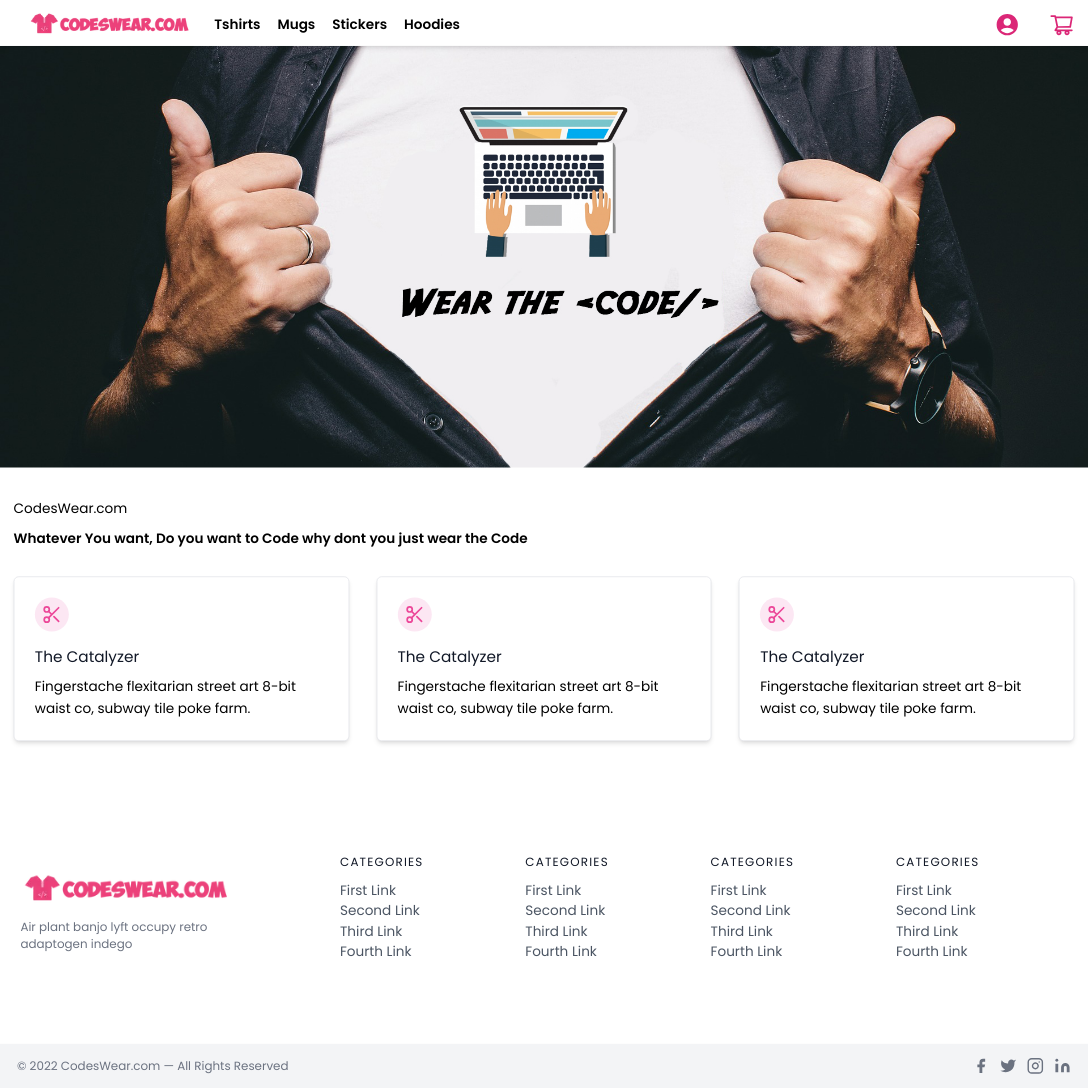
Repository: rehanheeeeeeeee/codeswear.com
Page: /
The author's editor kept a copy of each file at every save. The page is drawn from the files as they stood at one save, then again after the next save.
The browser window is 1280 px wide. The pictures show the whole page, at 85% of full size.
The project was rebuilt for these pictures with package versions that can differ from the ones it lists, and the page was loaded fresh each time. The framework's server and built-in components were replaced by stand-ins that run in the browser. Also part of the build but not shown: next.config.js, components/CartProduct.js.

Above is the page before, as saved 2022-11-21 17:58:44.

### pages/index.js
import Head from "next/head";
import Image from "next/image";
import Card from "../components/Card";

const styles = {
  container: "",
};

export default function Home() {
  console.log(process.env.MONGO_URI);
  return (
    <div className={styles.container}>
      <Head>
        <title>Create Next App</title>
        <meta name="description" content="Generated by create next app" />
        <link rel="icon" href="/favicon.ico" />
      </Head>
      <Image
        width={1920}
        height={1080}
        src={"/assets/home.jpg"}
        className={styles.homeImage}
        alt=""
      />
      <div className="my-5">
        <div className="p-4 w-full text-start space-y-3">
          <p className={styles.header}>CodesWear.com</p>
          <p className="font-semibold">
            Whatever You want, Do you want to Code why dont you just wear the
            Code
          </p>
        </div>
        <div className="flex flex-wrap justify-center">
          <Card />
          <Card />
          <Card />
        </div>
      </div>
    </div>
  );
}

### styles/globals.css
@import url("https://fonts.googleapis.com/css2?family=Inter:wght@200;300;400;700;800;900&family=Poppins:ital,wght@0,100;0,200;0,400;0,600;0,700;0,800;0,900;1,400;1,600&family=Ubuntu:wght@300;400;500;700&display=swap");
@tailwind base;
@tailwind components;
@tailwind utilities;

html,
body {
  padding: 0;
  margin: 0;
  overflow-x: hidden;
  font-family: Poppins;
}

### redux/store.js
import { configureStore } from "@reduxjs/toolkit";
import cartReducer from "./cart";
import sidebarReducer from "./sidebar";

export const store = configureStore({
  reducer: {
    cart: cartReducer,
    sidebar: sidebarReducer,
  },
});

### Layout.js
import React, { useCallback, useEffect } from "react";
import { useDispatch } from "react-redux";
import Footer from "./components/Footer";
import Navbar from "./components/Navbar";
import { setCart } from "./redux/cart";

export default function Layout({ children }) {
  const dispatch = useDispatch();
  useEffect(() => {
    try {
      dispatch(setCart(JSON.parse(localStorage.getItem("cart"))));
    } catch (error) {
      localStorage.clear();
    }
  }, [dispatch]);
  return (
    <div className="relative">
      <Navbar />
      {children}
      <Footer />
    </div>
  );
}

### components/Card.js
import React from "react";

export default function Card() {
  return (
    <div className="xl:w-1/3 md:w-1/2 p-4">
      <div className="border border-gray-200 p-6 rounded-md hover:shadow-lg transition ease-in duration-100 bg-white shadow-md">
        <div className="w-10 h-10 inline-flex items-center justify-center rounded-full bg-pink-100 text-pink-500 mb-4">
          <svg
            fill="none"
            stroke="currentColor"
            strokeLinecap="round"
            strokeLinejoin="round"
            strokeWidth="2"
            className="w-6 h-6"
            viewBox="0 0 24 24"
          >
            <circle cx="6" cy="6" r="3"></circle>
            <circle cx="6" cy="18" r="3"></circle>
            <path d="M20 4L8.12 15.88M14.47 14.48L20 20M8.12 8.12L12 12"></path>
          </svg>
        </div>
        <h2 className="text-lg text-gray-900 font-medium title-font mb-2">
          The Catalyzer
        </h2>
        <p className="leading-relaxed text-base">
          Fingerstache flexitarian street art 8-bit waist co, subway tile poke
          farm.
        </p>
      </div>
    </div>
  );
}

### redux/cart.js
import { createSlice } from "@reduxjs/toolkit";

const initialState = {
  basket: [],
};

export const cartSlice = createSlice({
  name: "cart",
  initialState,
  reducers: {
    setCart: (state, action) => {
      state.basket = action.payload || [];
    },
    addToCart: (state, action) => {
      let basket = state.basket;
      let filtered = basket.filter(
        (item) =>
          item.title === action.payload.title &&
          item.color === action.payload.color &&
          item.size === action.payload.size
      );

      if (basket.length && filtered.length) {
        console.log("found it");
        basket = state.basket.map((item) =>
          item.title === action.payload.title &&
          item.color === action.payload.color &&
          item.size === action.payload.size
            ? { ...item, quantity: item.quantity + 1 }
            : item
        );
      } else {
        console.log("not found");
        basket = [{ ...action.payload, quantity: 1 }, ...basket];
      }
      state.basket = basket;
      saveCart(state);
    },
    clearCart: (state) => {
      state.basket = [];
      localStorage.setItem("cart", []);
    },
    RemoveFromCart: (state, action) => {
      const deletedItemIndex = state.basket.findIndex(
        (item) =>
          item.title === action.payload.title &&
          item.color === action.payload.color &&
          item.size === action.payload.size
      );
      if (state.basket[deletedItemIndex].quantity > 1) {
        state.basket = state.basket.map((item) =>
          item.title === action.payload.title &&
          item.color === action.payload.color &&
          item.size === action.payload.size
            ? { ...item, quantity: item.quantity - 1 }
            : item
        );
      } else {
        state.basket.splice(deletedItemIndex, 1);
      }
      saveCart(state);
    },
  },
});
const saveCart = (state) => {
  localStorage.setItem("cart", JSON.stringify(state.basket));
};

export const { addToCart, setCart, clearCart, RemoveFromCart } =
  cartSlice.actions;

export const selectBasket = (state) => {
  return state.cart.basket;
};

export const selectBasketTotal = (state) => {
  return state.cart.basket.reduce(
    (prev, item) => item.price * item.quantity + prev,
    0
  );
};

export default cartSlice.reducer;

### redux/sidebar.js
import { createSlice } from "@reduxjs/toolkit";

const initialState = {
  openSideCart: false,
};

const sidebar = createSlice({
  name: "sidebar",
  initialState,
  reducers: {
    setOpenSideCart: (state) => {
      state.openSideCart = !state.openSideCart;
    },
  },
});

export const { setOpenSideCart } = sidebar.actions;

export const selectOpenSideCart = (state) => {
  return state.sidebar.openSideCart;
};

export default sidebar.reducer;

### components/Footer.js
import Image from "next/image";
import Link from "next/link";
import React from "react";

export default function Footer() {
  return (
    <footer className="text-gray-600 body-font ">
      <div className="container px-6 py-24 mx-auto flex md:items-center lg:items-center gap-6 md:flex-row md:flex-nowrap flex-wrap flex-col">
        <div className="w-64 flex-shrink-0 md:mx-0 mx-auto text-center md:text-left">
          <Link
            href="/"
            className="flex title-font font-medium items-center md:justify-start  justify-center text-gray-900"
          >
            <Image
              src={"/assets/logo.webp"}
              width={1920}
              height={1080}
              className="h-14 object-contain"
              alt=""
            />
          </Link>
          <p className="mt-2 text-sm text-gray-500">
            Air plant banjo lyft occupy retro adaptogen indego
          </p>
        </div>
        <div className="flex-grow flex flex-wrap md:pl-20 -mb-10 md:mt-0 mt-10 md:text-left text-center">
          <div className="lg:w-1/4 md:w-1/2 w-full px-4">
            <h2 className="title-font font-medium text-gray-900 tracking-widest text-sm mb-3">
              CATEGORIES
            </h2>
            <nav className="list-none mb-10">
              <li>
                <a className="text-gray-600 hover:text-gray-800">First Link</a>
              </li>
              <li>
                <a className="text-gray-600 hover:text-gray-800">Second Link</a>
              </li>
              <li>
                <a className="text-gray-600 hover:text-gray-800">Third Link</a>
              </li>
              <li>
                <a className="text-gray-600 hover:text-gray-800">Fourth Link</a>
              </li>
            </nav>
          </div>
          <div className="lg:w-1/4 md:w-1/2 w-full px-4">
            <h2 className="title-font font-medium text-gray-900 tracking-widest text-sm mb-3">
              CATEGORIES
            </h2>
            <nav className="list-none mb-10">
              <li>
                <a className="text-gray-600 hover:text-gray-800">First Link</a>
              </li>
              <li>
                <a className="text-gray-600 hover:text-gray-800">Second Link</a>
              </li>
              <li>
                <a className="text-gray-600 hover:text-gray-800">Third Link</a>
              </li>
              <li>
                <a className="text-gray-600 hover:text-gray-800">Fourth Link</a>
              </li>
            </nav>
          </div>
          <div className="lg:w-1/4 md:w-1/2 w-full px-4">
            <h2 className="title-font font-medium text-gray-900 tracking-widest text-sm mb-3">
              CATEGORIES
            </h2>
            <nav className="list-none mb-10">
              <li>
                <a className="text-gray-600 hover:text-gray-800">First Link</a>
              </li>
              <li>
                <a className="text-gray-600 hover:text-gray-800">Second Link</a>
              </li>
              <li>
                <a className="text-gray-600 hover:text-gray-800">Third Link</a>
              </li>
              <li>
                <a className="text-gray-600 hover:text-gray-800">Fourth Link</a>
              </li>
            </nav>
          </div>
          <div className="lg:w-1/4 md:w-1/2 w-full px-4">
            <h2 className="title-font font-medium text-gray-900 tracking-widest text-sm mb-3">
              CATEGORIES
            </h2>
            <nav className="list-none mb-10">
              <li>
                <a className="text-gray-600 hover:text-gray-800">First Link</a>
              </li>
              <li>
                <a className="text-gray-600 hover:text-gray-800">Second Link</a>
              </li>
              <li>
                <a className="text-gray-600 hover:text-gray-800">Third Link</a>
              </li>
              <li>
                <a className="text-gray-600 hover:text-gray-800">Fourth Link</a>
              </li>
            </nav>
          </div>
        </div>
      </div>
      <div className="bg-gray-100">
        <div className="container mx-auto py-4 px-5 flex flex-wrap flex-col sm:flex-row">
          <p className="text-gray-500 text-sm text-center sm:text-left">
            © 2022 CodesWear.com — All Rights Reserved
          </p>
          <span className="inline-flex sm:ml-auto sm:mt-0 mt-2 justify-center sm:justify-start">
            <a className="text-gray-500">
              <svg
                fill="currentColor"
                strokeLinecap="round"
                strokeLinejoin="round"
                strokeWidth="2"
                className="w-5 h-5"
                viewBox="0 0 24 24"
              >
                <path d="M18 2h-3a5 5 0 00-5 5v3H7v4h3v8h4v-8h3l1-4h-4V7a1 1 0 011-1h3z"></path>
              </svg>
            </a>
            <a className="ml-3 text-gray-500">
              <svg
                fill="currentColor"
                strokeLinecap="round"
                strokeLinejoin="round"
                strokeWidth="2"
                className="w-5 h-5"
                viewBox="0 0 24 24"
              >
                <path d="M23 3a10.9 10.9 0 01-3.14 1.53 4.48 4.48 0 00-7.86 3v1A10.66 10.66 0 013 4s-4 9 5 13a11.64 11.64 0 01-7 2c9 5 20 0 20-11.5a4.5 4.5 0 00-.08-.83A7.72 7.72 0 0023 3z"></path>
              </svg>
            </a>
            <a className="ml-3 text-gray-500">
              <svg
                fill="none"
                stroke="currentColor"
                strokeLinecap="round"
                strokeLinejoin="round"
                strokeWidth="2"
                className="w-5 h-5"
                viewBox="0 0 24 24"
              >
                <rect width="20" height="20" x="2" y="2" rx="5" ry="5"></rect>
                <path d="M16 11.37A4 4 0 1112.63 8 4 4 0 0116 11.37zm1.5-4.87h.01"></path>
              </svg>
            </a>
            <a className="ml-3 text-gray-500">
              <svg
                fill="currentColor"
                stroke="currentColor"
                strokeLinecap="round"
                strokeLinejoin="round"
                strokeWidth="0"
                className="w-5 h-5"
                viewBox="0 0 24 24"
              >
                <path
                  stroke="none"
                  d="M16 8a6 6 0 016 6v7h-4v-7a2 2 0 00-2-2 2 2 0 00-2 2v7h-4v-7a6 6 0 016-6zM2 9h4v12H2z"
                ></path>
                <circle cx="4" cy="4" r="2" stroke="none"></circle>
              </svg>
            </a>
          </span>
        </div>
      </div>
    </footer>
  );
}

### components/Navbar.js
import Image from "next/image";
import Link from "next/link";
import React, { useState } from "react";
import { AiOutlineShoppingCart } from "react-icons/ai";
import { MdAccountCircle } from "react-icons/md";
import Sidebar from "./Sidebar";
import { useRouter } from "next/router";
import { useDispatch, useSelector } from "react-redux";
import { selectOpenSideCart, setOpenSideCart } from "../redux/sidebar";
const styles = {
  container:
    "sticky top-0 z-10 bg-white w-full flex items-center md:space-x-5 flex-col md:px-8 pb-3 pt-1 md:justify-start shadow-md md:flex-row  space-y-3 justify-between",
  options: "flex items-center justify-center gap-5 font-semibold",
  hyperLink: "transition duration-100 ease-in hover:text-gray-600 capitalize",
  icon: "text-2xl md:text-3xl font-extrabold text-pink-600 hover:text-pink-800 transition ease-in duration-100",
  header: "font-semibold text-lg w-full text-center",
  close:
    "absolute top-4 right-2 text-2xl hover:text-pink-700 cursor-pointer text-pink-600",
  button:
    "flex items-center space-x-2 mt-5 text-white bg-pink-500 border-0 py-2 px-4 focus:outline-none hover:bg-pink-600 transition ease-in duration-100 rounded-3xl text-lg",
};

const hyperLinks = ["tshirts", "mugs", "stickers", "hoodies"];

const HyperLink = ({ hyperlink, router }) => (
  <div className="cursor-pointer" onClick={() => router.push(`/${hyperlink}`)}>
    <li className={styles.hyperLink}>{hyperlink}</li>
  </div>
);

export default function Navbar() {
  const openSideCart = useSelector(selectOpenSideCart);
  const dispatch = useDispatch();
  const router = useRouter();
  return (
    <>
      <nav className={styles.container}>
        <div onClick={() => router.push("/")}>
          <Image
            width={200}
            height={45}
            alt=""
            src={"/assets/logo.webp"}
            className="relative top-1 cursor-pointer"
          />
        </div>
        <ul className={styles.options}>
          {hyperLinks.map((hyperlink, index) => (
            <HyperLink key={index} router={router} hyperlink={hyperlink} />
          ))}
        </ul>
        <Link
          href={"/login"}
          className="absolute right-14 md:right-20 cursor-pointer top-2 md:top-0.5"
        >
          <MdAccountCircle className={styles.icon} />
        </Link>
        <div
          onClick={() => dispatch(setOpenSideCart())}
          className="absolute right-4 cursor-pointer top-2 md:top-0.5"
        >
          <AiOutlineShoppingCart className={styles.icon} />
        </div>
      </nav>

      <Sidebar openSideCart={openSideCart} setOpenSideCart={setOpenSideCart} />
    </>
  );
}

### components/Sidebar.js
import { Router, useRouter } from "next/router";
import React from "react";
import {
  AiFillCloseCircle,
  AiOutlineClear,
  AiOutlineShoppingCart,
} from "react-icons/ai";
import { BsBagCheckFill } from "react-icons/bs";
import { useDispatch, useSelector } from "react-redux";
import { clearCart, selectBasket, selectBasketTotal } from "../redux/cart";
import { selectOpenSideCart, setOpenSideCart } from "../redux/sidebar";
import CartProduct from "./CartProduct";

const styles = {
  sidebar: (openSideCart) =>
    `fixed z-10 top-0 right-0 transition-transform ease-in ${
      openSideCart ? "transalte-x-0 " : "translate-x-full "
    } bg-pink-100 bottom-0 duration-200 px-3 py-10 w-72 flex flex-col`,
  header: "font-semibold text-lg w-full text-center",
  close:
    "absolute top-4 right-2 text-2xl hover:text-pink-700 cursor-pointer text-pink-600",
  button:
    "flex items-center space-x-2 mt-5 text-white bg-pink-500 border-0 py-2 px-4 focus:outline-none hover:bg-pink-600 transition ease-in duration-100 rounded-3xl text-lg",
};

export default function Sidebar() {
  const openSideCart = useSelector(selectOpenSideCart);
  const dispatch = useDispatch();
  let basket = useSelector(selectBasket);
  console.log(basket);
  let router = useRouter();
  const basketTotal = useSelector(selectBasketTotal);
  return (
    <div className={styles.sidebar(openSideCart)}>
      <p className={styles.header}>Shopping Cart</p>
      <AiFillCloseCircle
        onClick={() => dispatch(setOpenSideCart())}
        className={styles.close}
      />

      <div className="flex-1 my-3 overflow-x-scroll scrollbar-hide flex-col items-center justify-center">
        {!basket ? (
          <div className="font-semibold text-center px-1 h-full flex justify-center flex-col">
            <p>Basket Is Empty Please Add a few Items to checkout</p>
            <div className="w-full flex items-center justify-center my-1">
              {" "}
              <AiOutlineShoppingCart className=" text-3xl text-pink-600" />
            </div>
          </div>
        ) : (
          basket?.map((item, index) => <CartProduct key={index} item={item} />)
        )}
      </div>
      <p className="w-full text-base text-start">
        Subtotal:{" "}
        <span className="font-semibold text-medium">
          <span className="text-sm text-red-500">$</span>
          {basketTotal}
        </span>
      </p>
      <div className="flex items-center w-full justify-between">
        <button
          className={styles.button}
          onClick={() => router.push("/checkout")}
        >
          <BsBagCheckFill className="relative bottom-0.5" />
          <p>Checkout</p>
        </button>
        <button onClick={() => dispatch(clearCart())} className={styles.button}>
          <AiOutlineClear className="relative bottom-0.5" />
          <p>Clear</p>
        </button>
      </div>
    </div>
  );
}

### tailwind.config.js
/** @type {import('tailwindcss').Config} */
module.exports = {
  content: [
    "./app/**/*.{js,ts,jsx,tsx}",
    "./pages/**/*.{js,ts,jsx,tsx}",
    "./components/**/*.{js,ts,jsx,tsx}",
  ],
  theme: {
    extend: {},
  },
  plugins: [require("tailwind-scrollbar-hide")],
};

Loaded but not shown: pages/_app.js (common file)

After the next save:
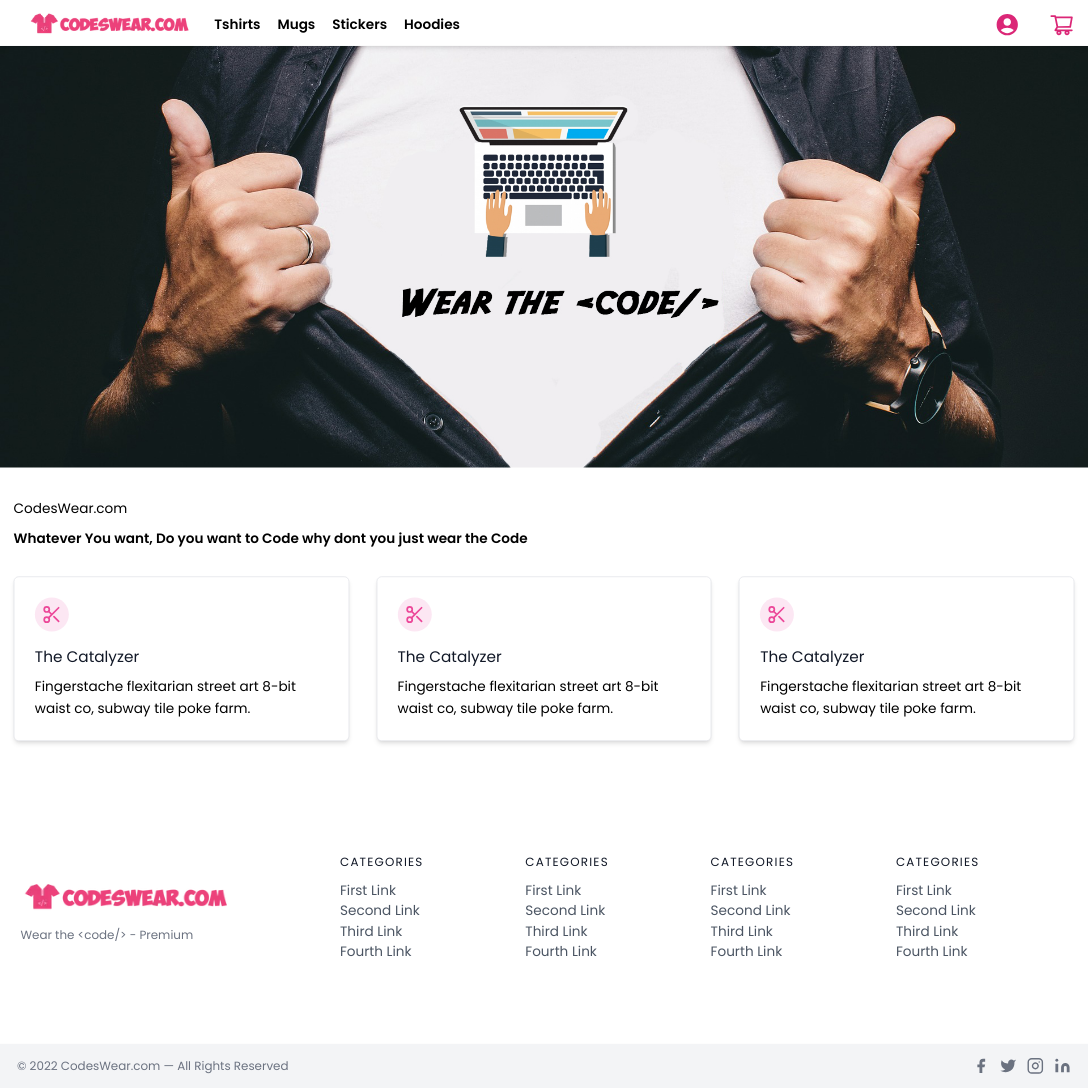
Saved 78 s later.
--- a/components/Footer.js
+++ b/components/Footer.js
@@ -20,7 +20,7 @@
             />
           </Link>
           <p className="mt-2 text-sm text-gray-500">
-            Air plant banjo lyft occupy retro adaptogen indego
+            Wear the &lt;code/&gt; - Premium
           </p>
         </div>
         <div className="flex-grow flex flex-wrap md:pl-20 -mb-10 md:mt-0 mt-10 md:text-left text-center">
